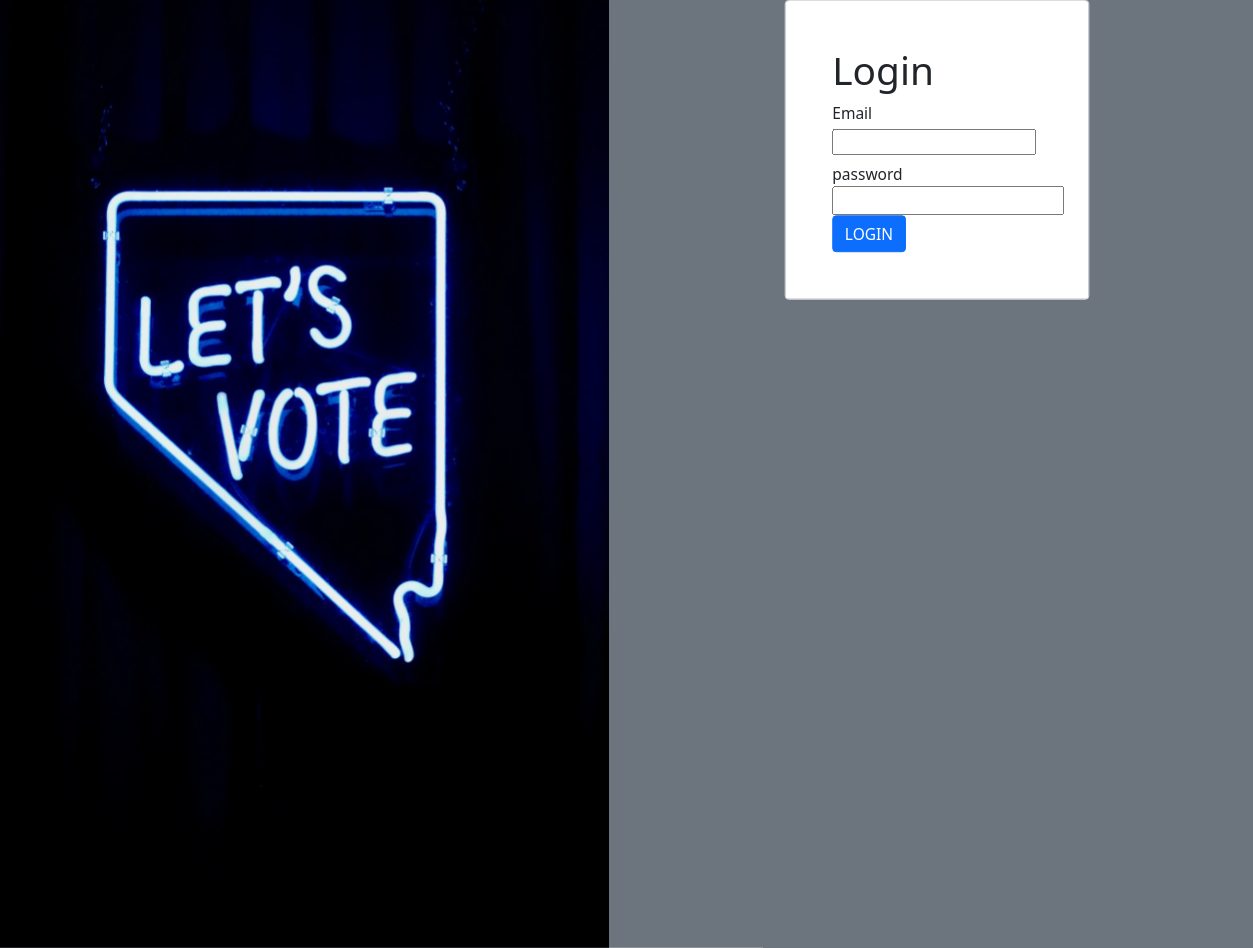
Repository: DavidManiIbrahim/Voting-app
Page: Login.html
The author's editor kept a copy of each file at every save. The page is drawn from the files as they stood at one save, then again after the next save.
The browser window is 1280 px wide. The page is 1292 px wide, so the pictures cover 1292 px, including what lies to the right of the window. The pictures show the whole page, at 97% of full size.

Above is the page before, as saved 2025-01-18 06:58:39.

### Login.html
<!DOCTYPE html>
<html lang="en">
<head>
    <meta charset="UTF-8">
    <meta name="viewport" content="width=device-width, initial-scale=1.0">
    <title>Login Page</title>
    <link rel="stylesheet" href="./bootstrap.css">
</head>
<body>

<style>
    form{
        margin:100px auto;
    }
</style>

<div class="row bg-secondary">
    <div class="col-md  container-fluid">
        <img src="./unsplash_LA1VawaCjjI.svg" alt="login image" class=" img-fluid" width="100%">
    </div>
    <div class="col-md text-white align-items-center">
        <form action="" class="w-50 border p-5 m-auto top-50 form-control">
            <h1>Login</h1>
            <label for="email" class="form-label">Email  <br>
                <input class="form-text" type="text">
            </label> <br>
            <label for="password">password  <br>
                <input type="password">
            </label> <br>
            <button class="btn btn-primary">LOGIN</button>
        </form>
    </div>
</div>








<script src="./bootstrap.min.js"></script>
</body>
</html>

Loaded but not shown: bootstrap.css (library); bootstrap.min.js (library)

After the next save:
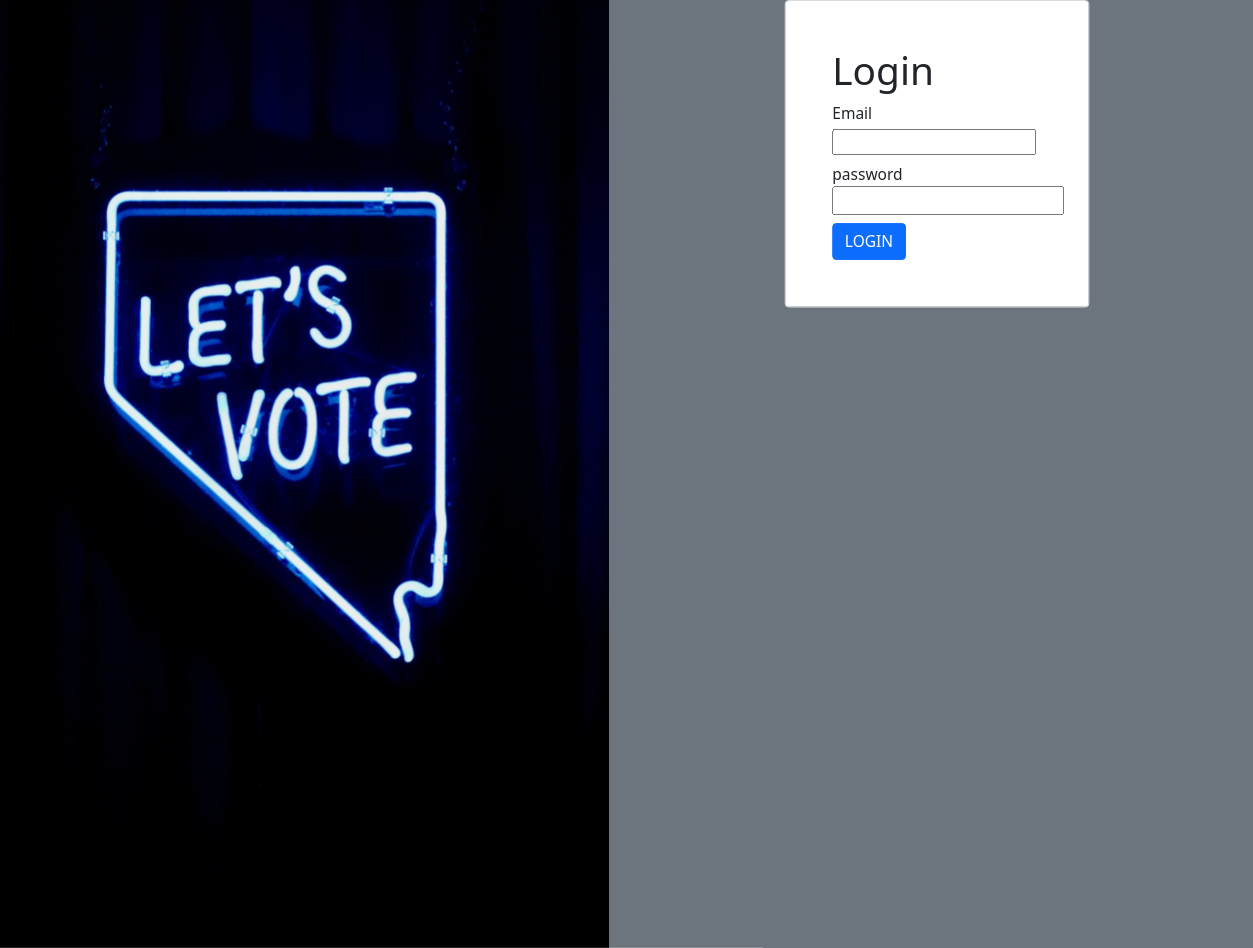
Saved 16 s later.
--- a/Login.html
+++ b/Login.html
@@ -24,7 +24,7 @@
             <label for="email" class="form-label">Email  <br>
                 <input class="form-text" type="text">
             </label> <br>
-            <label for="password">password  <br>
+            <label class="form-label"" for="password">password  <br>
                 <input type="password">
             </label> <br>
             <button class="btn btn-primary">LOGIN</button>
